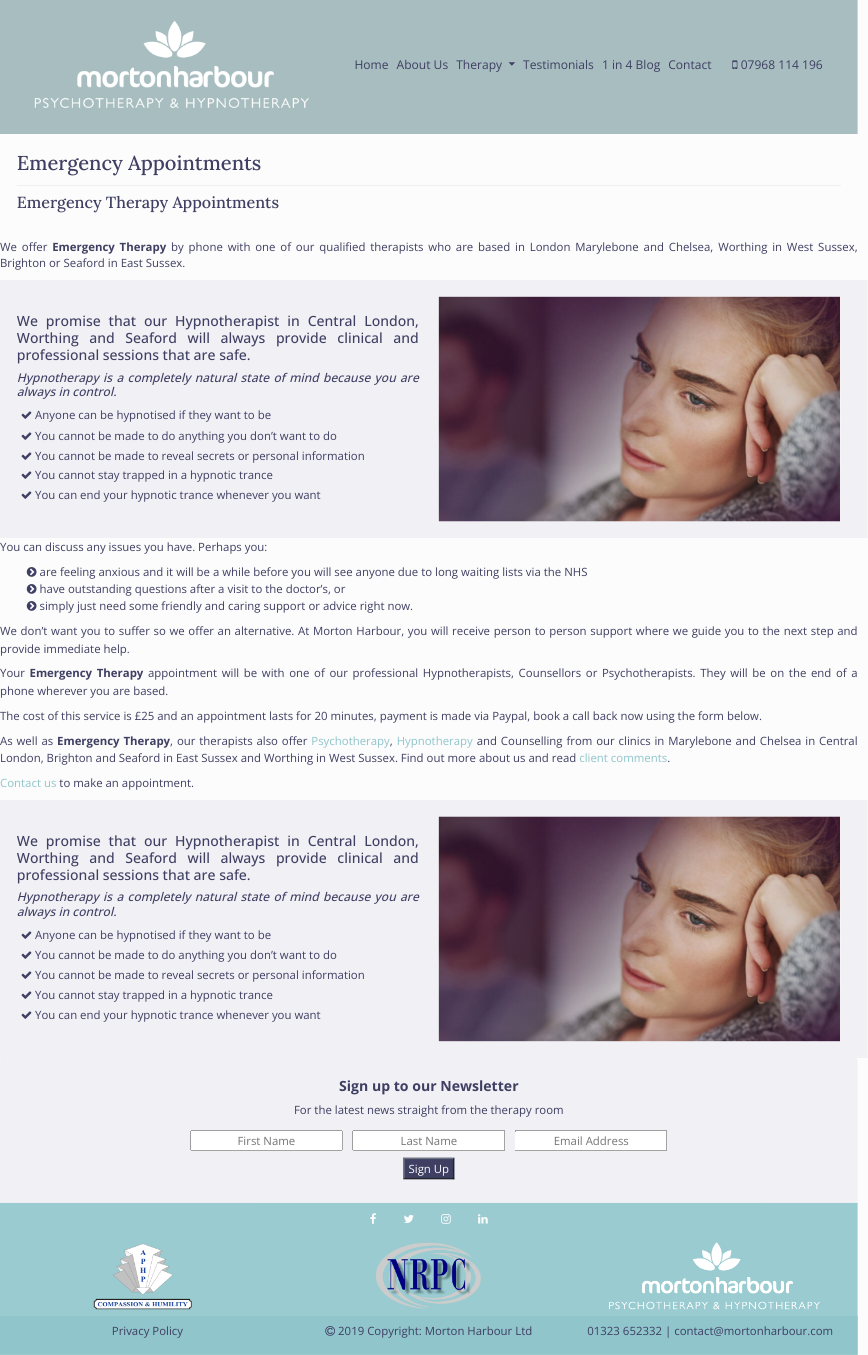
Repository: Code-Institute-Submissions/mortonharbour
Page: emergency therapy.html
The author's editor kept a record of every edit. The page is drawn from the files as they stood at one moment, then again after the next edit.
The browser window is 1280 px wide. The page is 1295 px wide, so the pictures cover 1295 px, including what lies to the right of the window. The pictures show the whole page, at 67% of full size.
Some web libraries are served in a nearby version.

Above is the page before.

### emergency therapy.html
<!DOCTYPE html>
<html lang="en">

<head>
    <meta charset="UTF-8">
    <meta name="viewport" content="width=device-width, initial-scale=1.0">
    <meta http-equiv="X-UA-Compatible" content="ie=edge">

    <!--Links to Bootstrap, JavaScript and FontAwesome cdn, customer style.css file-->
    <link rel="stylesheet" href="https://stackpath.bootstrapcdn.com/bootstrap/4.4.0/css/bootstrap.min.css" integrity="sha384-SI27wrMjH3ZZ89r4o+fGIJtnzkAnFs3E4qz9DIYioCQ5l9Rd/7UAa8DHcaL8jkWt" crossorigin="anonymous">
    <link rel="stylesheet" href="https://stackpath.bootstrapcdn.com/font-awesome/4.7.0/css/font-awesome.min.css" type="text/css" />
    <script src="https://code.jquery.com/jquery-3.2.1.slim.min.js" integrity="sha384-KJ3o2DKtIkvYIK3UENzmM7KCkRr/rE9/Qpg6aAZGJwFDMVNA/GpGFF93hXpG5KkN" crossorigin="anonymous"></script>
    <script src="https://cdnjs.cloudflare.com/ajax/libs/popper.js/1.11.0/umd/popper.min.js" integrity="sha384-b/U6ypiBEHpOf/4+1nzFpr53nxSS+GLCkfwBdFNTxtclqqenISfwAzpKaMNFNmj4" crossorigin="anonymous"></script>
    <script src="https://maxcdn.bootstrapcdn.com/bootstrap/4.0.0-beta/js/bootstrap.min.js" integrity="sha384-h0AbiXch4ZDo7tp9hKZ4TsHbi047NrKGLO3SEJAg45jXxnGIfYzk4Si90RDIqNm1" crossorigin="anonymous"></script>

    <link rel="stylesheet" href="assets/css/style.css" />

    <title>Emergency Therapy, London, Worthing, Brighton and Seaford</title>
</head>

<body>
    <header>
        <div class="container-fluid">
            <nav class="navbar navbar-expand-lg navbar-light">
                <a href="index.html" class="col-sm-4 logo"><span class="sr-only">Go to our home page</span></a>

                <button class="navbar-toggler" type="button" data-toggle="collapse" data-target="#navbarSupportedContent" aria-controls="navbarSupportedContent" aria-expanded="false" aria-label="Toggle navigation">
            <span class="navbar-toggler-icon"></span>
            </button>
                <div class="collapse navbar-collapse justify-content-end" id="navbarSupportedContent">
                    <ul class="navbar-nav">
                        <li class="nav-item active">
                            <a class="nav-link" href="index.html"><span class="sr-only">Go to our home page</span>Home</a>
                        </li>
                        <li class="nav-item active">
                            <a class="nav-link" href="about us.html"><span class="sr-only">Learn more about us</span>About Us</a>
                        </li>
                        <li class="nav-item dropdown">
                            <a class="nav-link dropdown-toggle" href="therapy.html" id="navbarDropdown" role="button" data-toggle="dropdown" aria-haspopup="true" aria-expanded="false">
                          Therapy
                        </a>
                            <div class="dropdown-menu" aria-labelledby="navbarDropdown">
                                <a class="dropdown-item" href="psychotherapy.html"><span class="sr-only">Find out about psychotherapy we offer</span>Psychotherapy</a>
                                <a class="dropdown-item" href="hypnotherapy.html"><span class="sr-only">Find out about hypnotherapy we offer</span>Hypnotherapy</a>
                                <a class="dropdown-item" href="emergency therapy.html"><span class="sr-only">Find out about the emergency appointments we can offer</span>Emergency Appointments</a>
                            </div>
                        </li>
                        <li class="nav-item active">
                            <a class="nav-link" href="testimonials.html"><span class="sr-only">Find out what our clients say</span>Testimonials</a>
                        </li>
                        <li class="nav-item active">
                            <a class="nav-link" href="1 in 4 blog.html"><span class="sr-only">1 in 4 Blog</span>1 in 4 Blog</a>
                        </li>
                        <li class="nav-item active">
                            <a class="nav-link" href="contact.html"><span class="sr-only">Contact Us</span>Contact</a>
                        </li>
                    </ul>
                </div>
                <span id="header-mobile"><a href="tel:#"><i class="fa fa-mobile" aria-hidden="true"></i>
                <span class="sr-only">Call us</span>07968 114 196</a>
                </span>
            </nav>
        </div>
    </header>

    <!------------------------------------------------------------Main content-->

    <section class="main-content-text">
        <div>
            <h1>Emergency Appointments</h1>
            <hr>
            <h2>Emergency Therapy Appointments</h2>
        </div>
    </section>

    <section>
        <div>
            <p>We offer <b>Emergency Therapy</b> by phone with one of our qualified therapists who are based in London Marylebone and Chelsea, Worthing in West Sussex, Brighton or Seaford in East Sussex.</p>
            <div class="row therapy-call-out-section">
                <div class="col-sm-6 my-auto">
                    <p>
                        <h3>We promise that our Hypnotherapist in Central London, Worthing and Seaford will always provide clinical and professional sessions that are safe.</h3>
                        <h4><em>Hypnotherapy is a completely natural state of mind because you are always in control.</em></h4>
                        <ul class="list-symptoms">
                            <li><i class="fa fa-check" aria-hidden="true"></i> Anyone can be hypnotised if they want to be
                            </li>
                            <li><i class="fa fa-check" aria-hidden="true"></i> You cannot be made to do anything you don’t want to do
                            </li>
                            <li><i class="fa fa-check" aria-hidden="true"></i> You cannot be made to reveal secrets or personal information
                            </li>
                            <li><i class="fa fa-check" aria-hidden="true"></i> You cannot stay trapped in a hypnotic trance
                            </li>
                            <li><i class="fa fa-check" aria-hidden="true"></i> You can end your hypnotic trance whenever you want
                            </li>
                        </ul>
                </div>

                <div class="col-sm-6">
                    <img src="assets/images/emergency-call-out.PNG" class="therapy-call-out-image">
                    <span class="sr-only">image of girl</span>
                </div>
            </div>
    </section>


            <p>You can discuss any issues you have. Perhaps you:
                <ul>
                    <li><i class="fa fa-chevron-circle-right" aria-hidden="true"></i> are feeling anxious and it will be a while before you will see anyone due to long waiting lists via the NHS</li>
                    <li><i class="fa fa-chevron-circle-right" aria-hidden="true"></i> have outstanding questions after a visit to the doctor’s, or</li>
                    <li><i class="fa fa-chevron-circle-right" aria-hidden="true"></i> simply just need some friendly and caring support or advice right now.</li>
                </ul>
            </p>
            <p>We don’t want you to suffer so we offer an alternative. At Morton Harbour, you will receive person to person support where we guide you to the next step and provide immediate help.</p>
            <p>Your <b>Emergency Therapy</b> appointment will be with one of our professional Hypnotherapists, Counsellors or Psychotherapists. They will be on the end of a phone wherever you are based.</p>
            <p>The cost of this service is £25 and an appointment lasts for 20 minutes, payment is made via Paypal, book a call back now using the form below.</p>
            <p>As well as <b>Emergency Therapy</b>, our therapists also offer <a href="psychotherapy.html" class="website-links"><span class="sr-only">Find out about psychotherapy we offer</span>Psychotherapy</a>, <a href="hypnotherapy.html" class="website-links"><span class="sr-only">Find out about hypnotherapy we offer</span>Hypnotherapy</a>                and Counselling from our clinics in Marylebone and Chelsea in Central London, Brighton and Seaford in East Sussex and Worthing in West Sussex. Find out more about us and read <a href="testimonials.html" class="website-links"><span class="sr-only">Read what our clients say</span>client comments</a>.</p>
            <p><a href="contact.html" class="website-links"><span class="sr-only">Get in touch</span>Contact us</a> to make an appointment.</p>
    </section>

    <!------------------------------------------------------------<Call-out-section-->
    <section>
        <div class="row therapy-call-out-section">
            <div class="col-sm-6 my-auto">
                <p>
                    <h3>We promise that our Hypnotherapist in Central London, Worthing and Seaford will always provide clinical and professional sessions that are safe.</h3>
                    <h4><em>Hypnotherapy is a completely natural state of mind because you are always in control.</em></h4>
                    <ul class="list-symptoms">
                        <li><i class="fa fa-check" aria-hidden="true"></i> Anyone can be hypnotised if they want to be
                        </li>
                        <li><i class="fa fa-check" aria-hidden="true"></i> You cannot be made to do anything you don’t want to do
                        </li>
                        <li><i class="fa fa-check" aria-hidden="true"></i> You cannot be made to reveal secrets or personal information
                        </li>
                        <li><i class="fa fa-check" aria-hidden="true"></i> You cannot stay trapped in a hypnotic trance
                        </li>
                        <li><i class="fa fa-check" aria-hidden="true"></i> You can end your hypnotic trance whenever you want
                        </li>
                    </ul>
            </div>

            <div class="col-sm-6">
                <img src="assets/images/emergency-call-out.PNG" class="therapy-call-out-image">
                <span class="sr-only">image of girl</span>
            </div>
        </div>
    </section>

    <!------------------------------------------------------------<End of Call-out-section-->


    <!------------------------------------------------------------<Newsletter Sign Up-->
    <section>
        <div class="card testimonial-cards-rose newsletter-signup">
            <form action="#" method="post">
                <div class="div">
                    <h3><b>Sign up to our Newsletter</b></h3>
                    <p>For the latest news straight from the therapy room</p>
                </div>
                <fieldset>
                    <input type="text" name="Name" placeholder="First Name" id="first-name" required/>
                    <input type="text" name="Surname" placeholder="Last Name" id="last-name" required/>
                    <input type="email" name="Email" placeholder="Email Address" id="email-address" required/></br>
                </fieldset>
                <input type="button" value="Sign Up" id="submit-button" data-toggle="modal" data-target="#newsletterModal" />
            </form>
        </div>
        <div class="modal fade" id="newsletterModal" tabindex="-1" role="dialog" aria-labelledby="newsletterModalLabel" aria-hidden="true">
            <div class="modal-dialog" role="document">
                <div class="modal-content">
                    <div class="modal-body">
                        <p>Thank you for siging up to our newsletter.</br>
                            We have sent you an email to confirm your subscription.</p>
                        <button type="button" class="btn btn-secondary" data-dismiss="modal">Close</button>
                    </div>
                </div>
            </div>
        </div>
        </div>
    </section>
    <!------------------------------------------------------------<End of Newsletter Sign Up-->

    <footer class="container-fluid">
        <div class="row">
            <div class="col-sm-12">
                <ul class="list-inline text-center social-media-icons">
                    <li class="list-inline-item">
                        <a target="_blank" href="https://www.facebook.com/MortonHarbour/">
                            <i class="fa fa-facebook" aria-hidden="true"></i>
                            <span class="sr-only">Facebook opens in a new window</span>
                        </a>
                    </li>
                    <li class="list-inline-item">
                        <a target="_blank" href="https://twitter.com/mortonharbour">
                            <i class="fa fa-twitter" aria-hidden="true"></i>
                            <span class="sr-only">Twitter opens in a new window</span>
                        </a>
                    </li>
                    <li class="list-inline-item">
                        <a target="_blank" href="https://www.instagram.com/morton_harbour/">
                            <i class="fa fa-instagram" aria-hidden="true"></i>
                            <span class="sr-only">Instagram opens in a new window</span>
                        </a>
                    </li>
                    <li class="list-inline-item">
                        <a target="_blank" href="https://www.linkedin.com/in/magda-harbour-maphp-51b590b4/">
                            <i class="fa fa-linkedin" aria-hidden="true"></i>
                            <span class="sr-only">LinkedIn opens in a new window></span>
                        </a>
                    </li>
                </ul>
            </div>
        </div>
        <div class="row">
            <a href="https://www.aphp.co.uk/" target="_blank" class="col-sm-4 aphp-logo">
                <span class="sr-only">Visit the APHP website, opens in new window</span>
            </a>
            <a href="https://www.nrpc.co.uk/" target="_blank" class="col-sm-4 nrpc-logo">
                <span class="sr-only">Visit the NRPC website, opens in new window</span>
            </a>
            <a href="index.html" class="col-sm-4 footer-logo">
                <span class="sr-only">Go to our home page</span>
            </a>
        </div>
        <div class="row footer-end">
            <div class="col-sm-4 text-center footer-end-item">
                <a href="privacy policy.html" target="_blank"><span class="sr-only">Please read our privacy policy, opens in new window</span>Privacy Policy</a>
            </div>
            <div class="col-sm-4 text-center">
                <p><i class="fa fa-copyright" aria-hidden="true"></i> 2019 Copyright: Morton Harbour Ltd</p>
            </div>
            <div class="div col-sm-4 text-center footer-end-item">
                <address><a href="tel:+01323652332">01323 652332 | <span class="sr-only">contact number</span></a><a href="mailto:#">contact@mortonharbour.com
                    <span class="sr-only">email address</span>
                </a>
                </address>
            </div>
        </div>
    </footer>
</body>

</html>

Loaded but not shown: assets/css/style.css (594 lines, source omitted)

After the next edit:
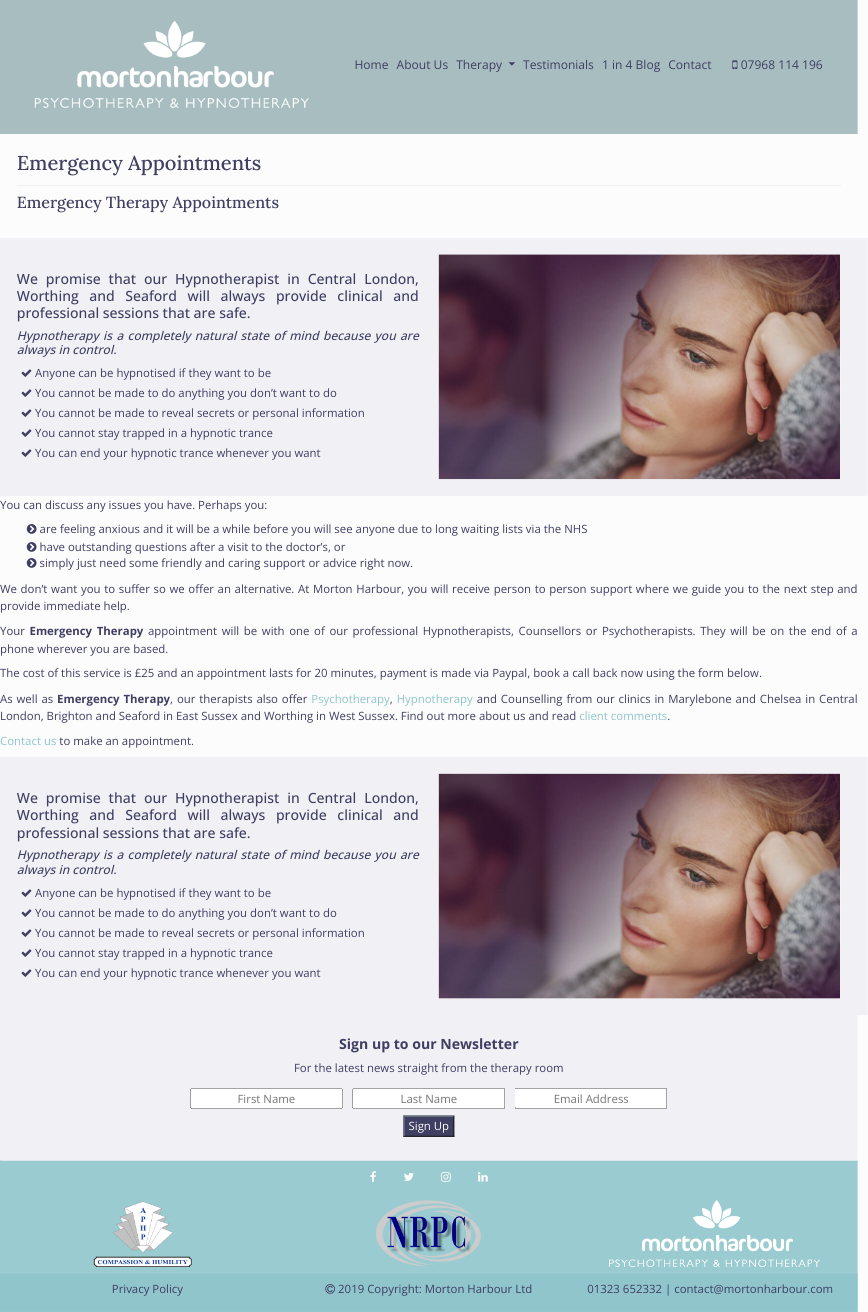
The edit:
--- a/emergency therapy.html
+++ b/emergency therapy.html
@@ -74,8 +74,6 @@
     </section>
 
     <section>
-        <div>
-            <p>We offer <b>Emergency Therapy</b> by phone with one of our qualified therapists who are based in London Marylebone and Chelsea, Worthing in West Sussex, Brighton or Seaford in East Sussex.</p>
             <div class="row therapy-call-out-section">
                 <div class="col-sm-6 my-auto">
                     <p>

After the 2 edits that followed:
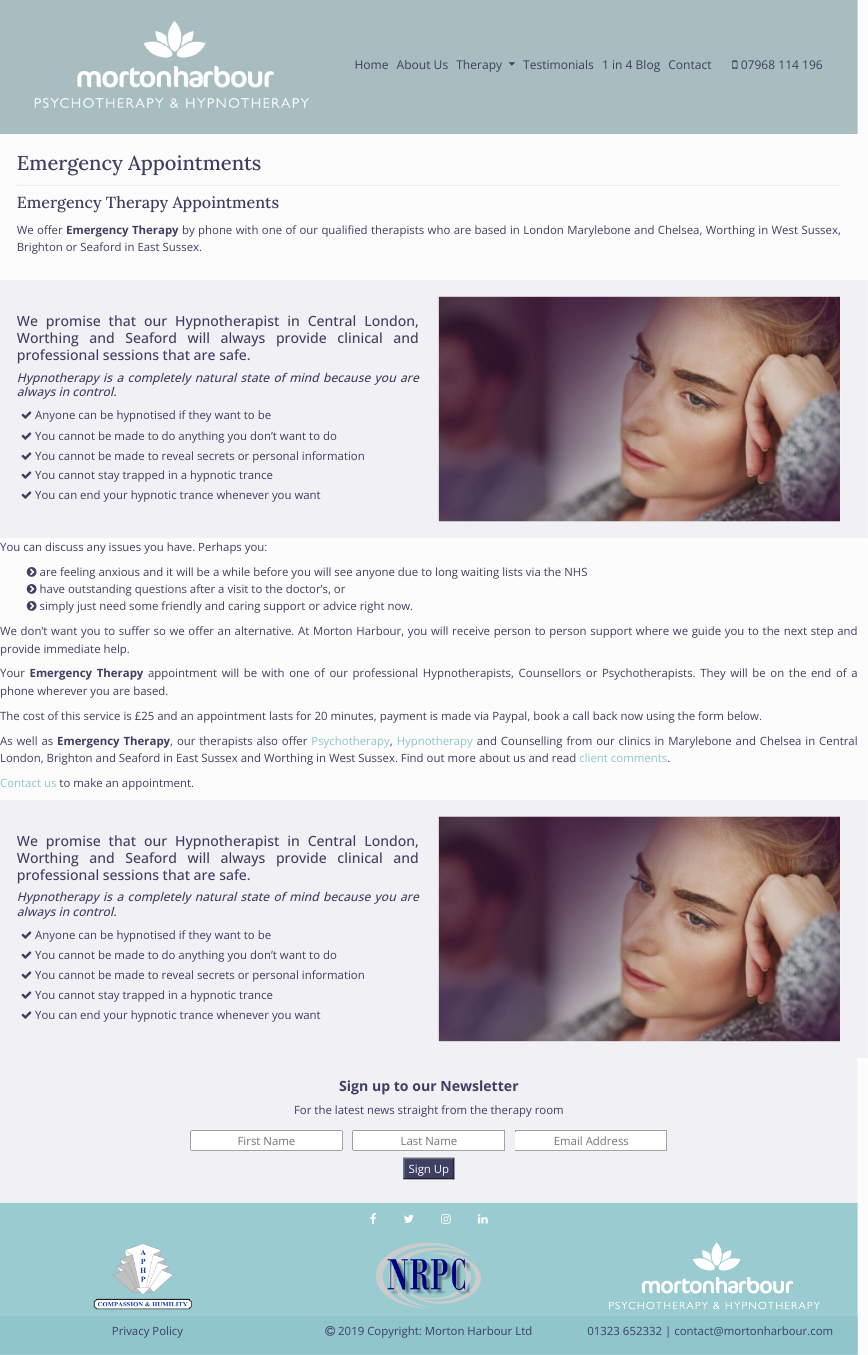
The 2 edits are shown as one change because 1 left the picture as it was.
The edit:
--- a/emergency therapy.html
+++ b/emergency therapy.html
@@ -70,6 +70,7 @@
             <h1>Emergency Appointments</h1>
             <hr>
             <h2>Emergency Therapy Appointments</h2>
+            <p>We offer <b>Emergency Therapy</b> by phone with one of our qualified therapists who are based in London Marylebone and Chelsea, Worthing in West Sussex, Brighton or Seaford in East Sussex.</p>
         </div>
     </section>
 
